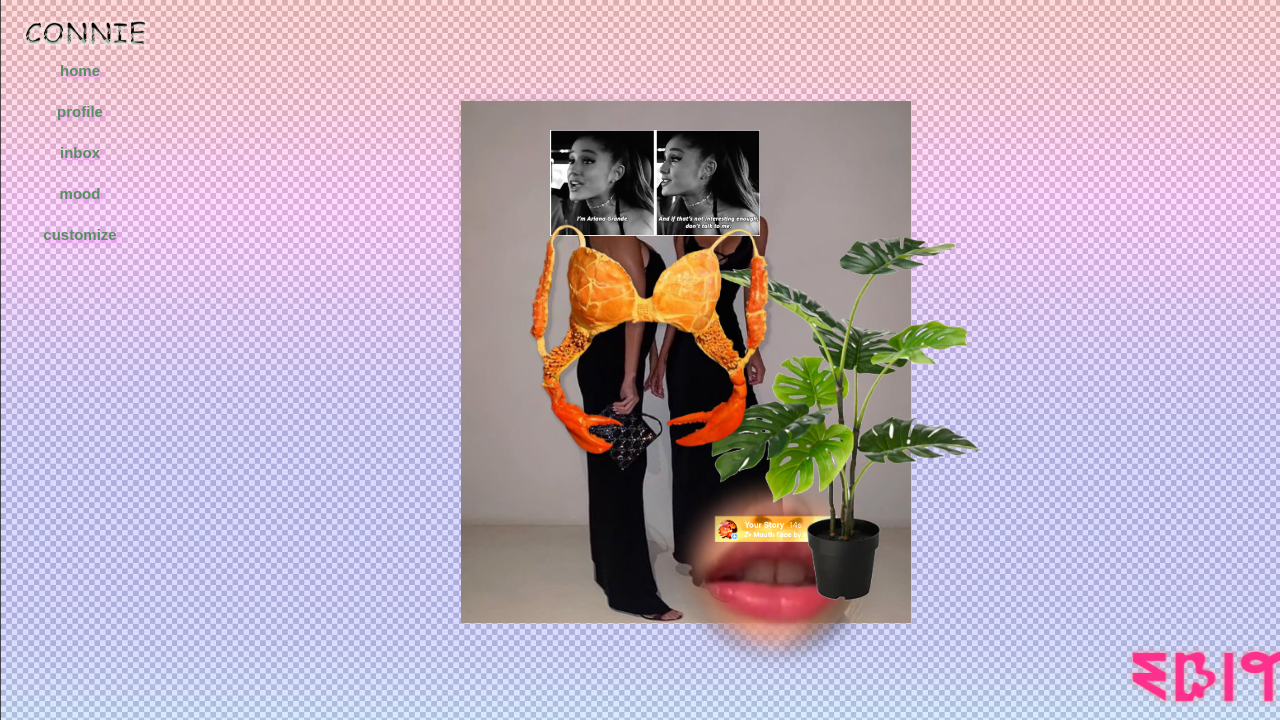
Repository: xuc009/xuc009.github.io
Page: track12/index.html
These files come from the project's save history. The page is drawn as it stood at one moment and after the next save; the edit follows.
The browser window is 1280 px wide. The pictures show the whole page.
Some web fonts or font styles are not loaded; a fallback is used. Some web libraries are served in a nearby version.

Above is the page before, as saved 2018-12-08 16:56:55.

### track12/index.html
<!DOCTYPE html>
<html lang="en">
  <head>
    <title>Track 12</title>
    <link rel="shortcut icon" href="" />
    <meta charset="utf-8">
    <meta name="description" content="" />
    <meta property="og:image" content=""/>
    <meta name="viewport" content="width=device-width, initial-scale=1" />
    <script src="https://ajax.googleapis.com/ajax/libs/jquery/3.3.1/jquery.min.js"></script>
    <script src="https://www.w3schools.com/lib/w3.js"></script>
    <link href="assets/css/styles.css" media="all" rel="stylesheet" />
    <meta charset="utf-8" />
    <title>jQuery UI Draggable - Default functionality</title>
    <link rel="stylesheet" href="http://code.jquery.com/ui/1.9.2/themes/base/jquery-ui.css" />
    <script src="http://code.jquery.com/jquery-1.8.3.js"></script>
    <script src="http://code.jquery.com/ui/1.9.2/jquery-ui.js"></script>
    <link href="https://fonts.googleapis.com/css?family=Michroma" rel="stylesheet">
    <style>
    .draggable { width: 0px; height: 0px; padding: 0; }
    </style>
    <script>
    $(function() {
        $( ".draggable" ).draggable();
    });
    </script>

  </head>

  <body>

      <div class="dropdown">
          <button class="dropbtn"><img src="assets/img/conniemenu.gif" width="140px"></button>
          <div class="dropdown-content">
            <a href="#">home</a>
            <a href="#">profile</a>
            <a href="#">inbox</a>
            <a href="#">mood</a>
            <a href="#">customize</a>
          </div>
        </div>

      <div class="edit">
        <a href="https://xuc009.github.io/track11/index.html">
        <img src="assets/img/edit.png" width="300px">
        </a>
      </div>

    <div id="draggable1" class="ui-widget-content draggable tooltip">
        <span class="tooltiptext">id.png</span>
       <img src="assets/img/k.jpg" width="450px">
      </div>

      <div id="draggable2" class="ui-widget-content draggable tooltip">
          <span class="tooltiptext">↗ Aaliyah by me 🔗📹🤗🦋✨ ⬈</span>
        <a href="https://xuc009.github.io/track2/index.html" target="_blank">
          <img src="assets/img/ari.jpg" width="210px">
        </a>
      </div>

      <div id="draggable3" class="ui-widget-content draggable tooltip">
          <span class="tooltiptext">https://goo.gl/MuuDqj</span>
          <a href="https://goo.gl/MuuDqj" target="_blank">
          <img src="assets/img/mouth.png" width="220px">
          </a>
        </div>

     <div id="draggable4" class="ui-widget-content draggable four tooltip">
        <span class="tooltiptext">https://ebay.us/9TBpsq</span>
        <a href="https://ebay.us/9TBpsq" target="_blank">
            <img src="assets/img/plant.png" width="370px">
        </a>
          </div>

      <div id="draggable5" class="ui-widget-content draggable five tooltip">
          <span class="tooltiptext">https://www.instagram.com/p/BoPapCyAAdp/</span>
          <a href="https://www.instagram.com/p/BoPapCyAAdp/" target="_blank">
          <img src="assets/img/bra1.png" width="250px">
          </a>
        </div>









      </div>
    </div>

  </body>
</html>

### track12/assets/css/styles.css
* { box-sizing: border-box; }

body{
	background-color: #ffffff;
	background-image: url('../img/background.png');
	background-size: 1500px;
	margin: 0 auto 0 auto;
	display: inline-block;
    font-size: 0px;
}

.tooltip {
    position: relative;
    display: inline-block;
    border-bottom: 1px dotted black;
}

.tooltip .tooltiptext {
    visibility: hidden;
    /* width: 120px; */
    background-color: #FF308D;
    color: #00E6FF;
    text-align: center;
    padding: 5px 10px;
    font-size:15px;
    font-family: Arial, Helvetica, sans-serif;
    font-weight: 400;

    /* Position the tooltip */
    position: fixed;
    z-index: 1;
    bottom: 0px;
    left:0 ;
}

.tooltip:hover .tooltiptext {
    visibility: visible;
}

a { cursor: move; }

.draggable{
    box-shadow: 5px 5px 10px #000000;
}

#draggable1{
    width: 190px;
    height: 187px;
    background: #fff;
    border: none;
    box-shadow: 5px 5px 10px #807d7d;
    cursor: move;
    position: absolute;
    top: 14%;
    left: 36%;
}


#draggable2 {
    /* width: 168px;
    height: 438.38px; */
    border: none;
    box-shadow: 5px 5px 10px #807d7d;
    position: absolute;
    top: 18%;
    left: 43%;
    cursor: move;
}


#draggable3 {
    width: 365px;
    border: none;
    position: absolute;
    top: 65%;
    left: 52%;
    cursor: move;
}



#draggable4{
    position: absolute;
    top: 30%;
    left: 51%;
    cursor: move;
    border: none;
    box-shadow: 5px 5px 10px #807d7d;

}

#draggable5{
    position: absolute;
    top: 31%;
    left: 41%;
    cursor: move;
    border: none;
}

.edit{
    position: fixed;
    bottom:0;
    left: 83%;
    cursor: pointer;
    transition: all 300ms;
}

.edit:hover{
    transform: translateX(3px) translateY(-3px);
    /* transform: scale(1.05); */
}

.dropbtn {
    background-color: Transparent;
    width: 140px;
    height: 26px;
    padding: 16px;
    font-size: 16px;
    border: none;
    outline: none;
}

.dropdown {
    position: relative;
    width: 140px;
    display: inline-block;
}

.dropdown-content {
    display: none;
    position: absolute;
    background-color: transparent;
    min-width: 160px;
    text-shadow: 2px 2px 5px #F48BFF;
    z-index: 1;
    font-size: 15px;
    text-align: center;
    font-family: Arial, Helvetica, sans-serif;
    font-weight: 600;
}

.dropdown-content a {
    color: #52935A;
    padding: 12px 16px;
    text-decoration: none;
    display: block;
}

.dropdown-content a:hover {text-shadow: 2px 2px 5px #54FAFF;}

.dropdown:hover .dropdown-content {display: block;}

.dropdown:hover .dropbtn {background-color: none;}

After the next save:
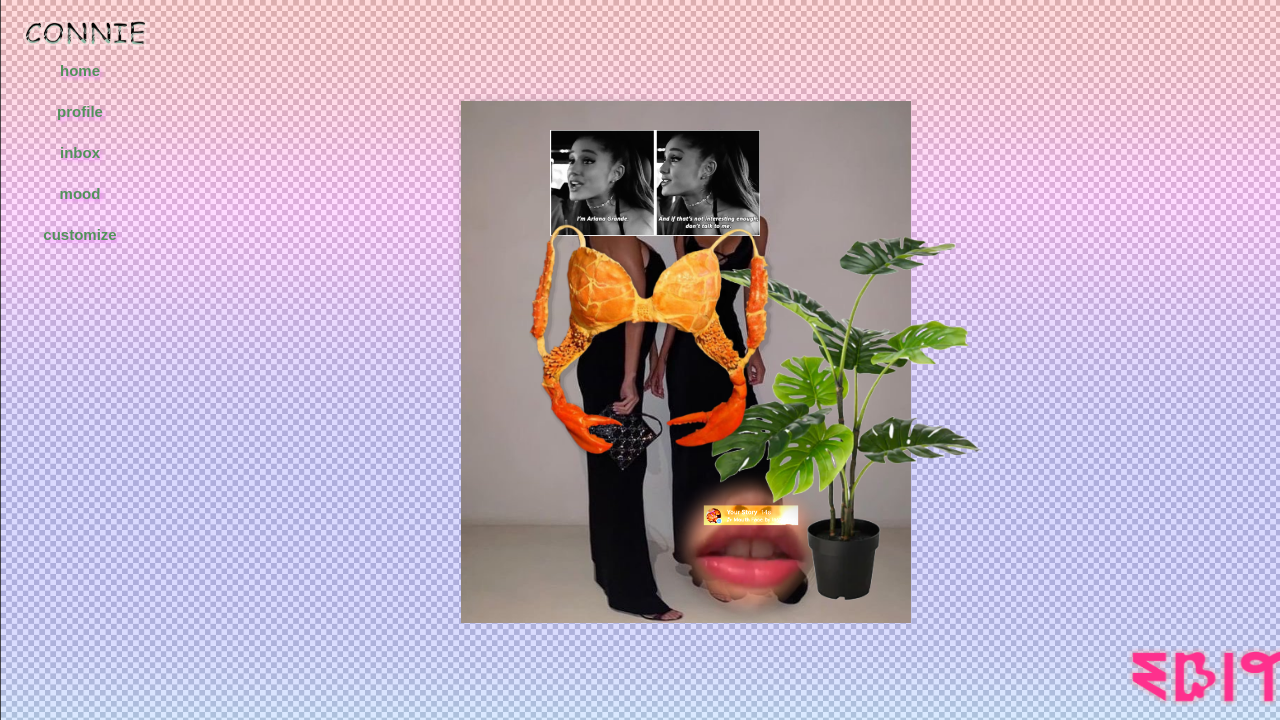
Saved 11 s later.
--- a/track12/index.html
+++ b/track12/index.html
@@ -61,7 +61,7 @@
       <div id="draggable3" class="ui-widget-content draggable tooltip">
           <span class="tooltiptext">https://goo.gl/MuuDqj</span>
           <a href="https://goo.gl/MuuDqj" target="_blank">
-          <img src="assets/img/mouth.png" width="220px">
+          <img src="assets/img/mouth.png" width="170px">
           </a>
         </div>
 
